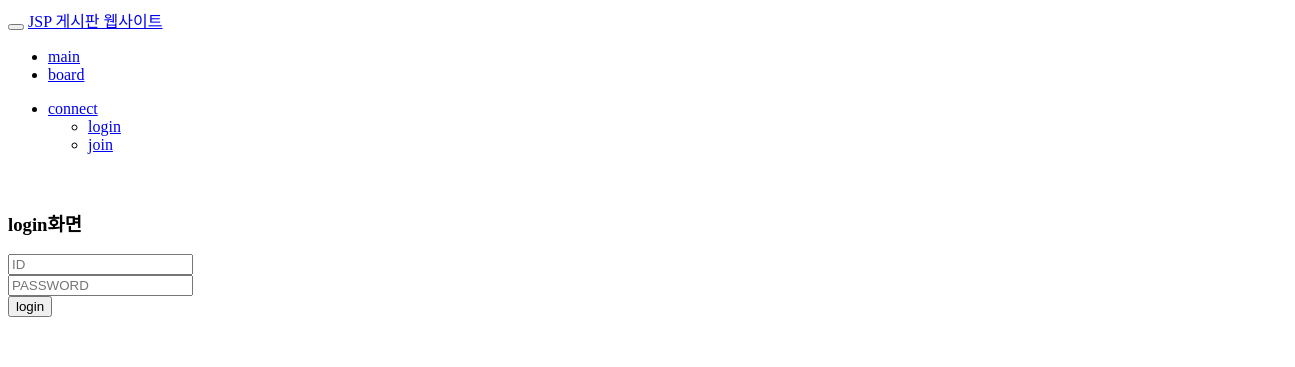
Repository: hotei09/WordofMouth
Page: http://localhost/BBS/join.jsp
The author's editor kept a copy of each file at every save. The page is drawn from the files as they stood at one save, then again after the next save.
The browser window is 1280 px wide. The page is 1280 px wide, then 1295 px, so the pictures cover 1295 px, including what lies to the right of the window. The pictures show the whole page.
The page is served by Tomcat 9. Other server files are loaded and not shown.

Above is the page before, as saved 2018-08-01 00:23:25.

### BBS/WebContent/join.jsp
<%@ page language="java" contentType="text/html; charset=UTF-8"
    pageEncoding="UTF-8"%>
<!DOCTYPE html>
<html>
<head>
<meta http-equiv="content-Type" content="text/html; charset=UTF-8">
<meta name = "viewport" content = "width=device-width,initial-scale=1">
<link rel="stylesheet" href="https://ajax.googleapis.com/ajax/libs/jquery/1.12.4/jquery.min.js">
<title>JSP 게시판 웹사이트</title>
</head>
<body>
<nav class="navbar navbar-defualt">
	<div class="navbar-header">
		<button type="button" class="navbar-toggle collapsed" data-toggle="collapse"
		data-target="#bs-example-navbar-collapse-1" aria-expanded="false" >
		<span class="icon-bar"></span>
		<span class="icon-bar"></span>
		<span class="icon-bar"></span>
		</button>
		<a class="navbar-brand" href="main.jsp"> JSP 게시판 웹사이트 </a>
	</div>
	<div class="collapse navbar-collapse" id="bs-example-navbar-collapse-1"></div>
	<ul class="nav navbar-nav">
	<li><a href="main.jsp">main</a></li>
	<li><a href="bbs.jsp">board</a></li>
	</ul>
	<ul class="nav navbar-nav navbar-right">
	<li class="dropdown">
		<a href="#" class="dropdown-toggle" data-toggle="dropdown" role="button"
		aria-haspopup="true" aria-expended="false">connect<span class="caret"></span></a>
		<ul class="dropdown-menu">
		<li class="active"><a href="login.jsp">login</a></li>
		<li ><a href="join.jsp">join</a></li>
		</ul>
	</ul>
</nav>
<div class="container">
<div class="col-lg-4"></div>
<div class="col-lg-4">
	<div class="jumbotron" style="padding-top: 20px;">
		<form method="post" action="loginaction.jsp">
			<h3 style="text.align: center;">login화면</h3>
			<div class ="form-group">
				<input type="text" class="form-control" placeholder="ID" name="userID" maxlength="20">
			</div>
			<div class ="form-group">
				<input type="password" class="form-control" placeholder="PASSWORD" name="userPassword" maxlength="20">
			</div>
			<input type="submit" class="btn btn-primary form-control" value="login">
		</form>
	</div>
</div>
<div class="col-lg-4"></div>
</div>
<script src="https://ajax.googleapis.com/ajax/libs/jquery/1.12.4/jquery.min.js"></script>﻿
<script src="https://ajax.googleapis.com/ajax/libs/jquery/1.12.4/jquery.min.js"></script>
</body>
</html>

Loaded but not shown: BBS/WebContent/css/bootstrap.css (library)

After the next save:
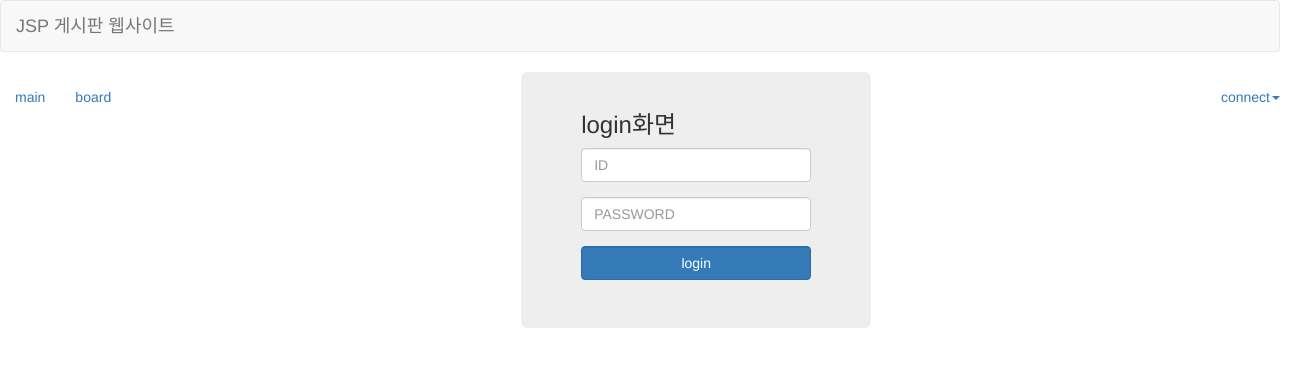
Saved 3 min 11 s later.
--- a/BBS/WebContent/join.jsp
+++ b/BBS/WebContent/join.jsp
@@ -5,11 +5,11 @@
 <head>
 <meta http-equiv="content-Type" content="text/html; charset=UTF-8">
 <meta name = "viewport" content = "width=device-width,initial-scale=1">
-<link rel="stylesheet" href="https://ajax.googleapis.com/ajax/libs/jquery/1.12.4/jquery.min.js">
+<link rel="stylesheet" href="css/bootstrap.css">
 <title>JSP 게시판 웹사이트</title>
 </head>
 <body>
-<nav class="navbar navbar-defualt">
+<nav class="navbar navbar-default">
 	<div class="navbar-header">
 		<button type="button" class="navbar-toggle collapsed" data-toggle="collapse"
 		data-target="#bs-example-navbar-collapse-1" aria-expanded="false" >
@@ -19,6 +19,7 @@
 		</button>
 		<a class="navbar-brand" href="main.jsp"> JSP 게시판 웹사이트 </a>
 	</div>
+	</nav>
 	<div class="collapse navbar-collapse" id="bs-example-navbar-collapse-1"></div>
 	<ul class="nav navbar-nav">
 	<li><a href="main.jsp">main</a></li>
